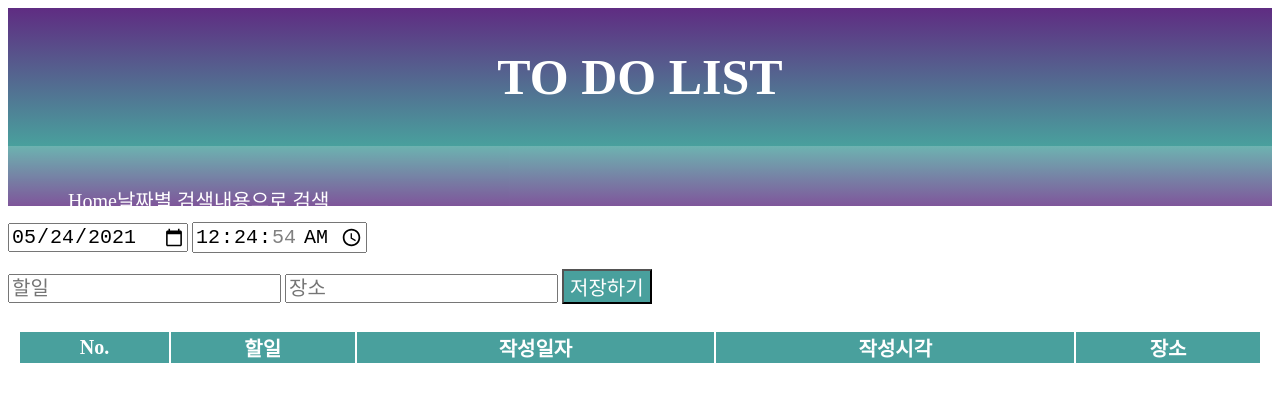
Repository: kimyoungjin98/Exam_Project
Page: http://localhost/Server_PR_TodoList/
An editor plug-in stored every save of this project. The page is shown before and after the next save, followed by the edit.
The browser window is 1280 px wide. The pictures show the whole page.
Some web fonts or font styles are not loaded; a fallback is used. The page is served by Tomcat 9. Queries for data that is not in the repository find no rows.

Above is the page before, as saved 2021-05-25 01:35:26.

After the next save:
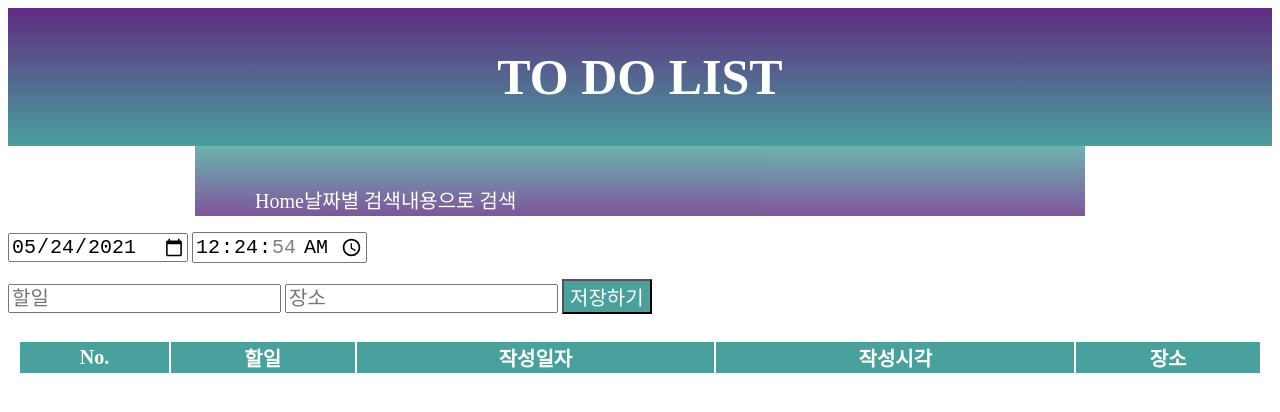
Saved 16 s later.
--- a/Server_PR_TodoList/src/main/webapp/WEB-INF/views/banner.jsp
+++ b/Server_PR_TodoList/src/main/webapp/WEB-INF/views/banner.jsp
@@ -56,8 +56,8 @@ nav {
 	display:block;
 
 
-	height:auto;
-	width:auto;
+	height:30px;
+	width:850px;
 	background:linear-gradient(to top, #5f2c82, #49a09d);
 	opacity: 0.8;
 	color:white;
